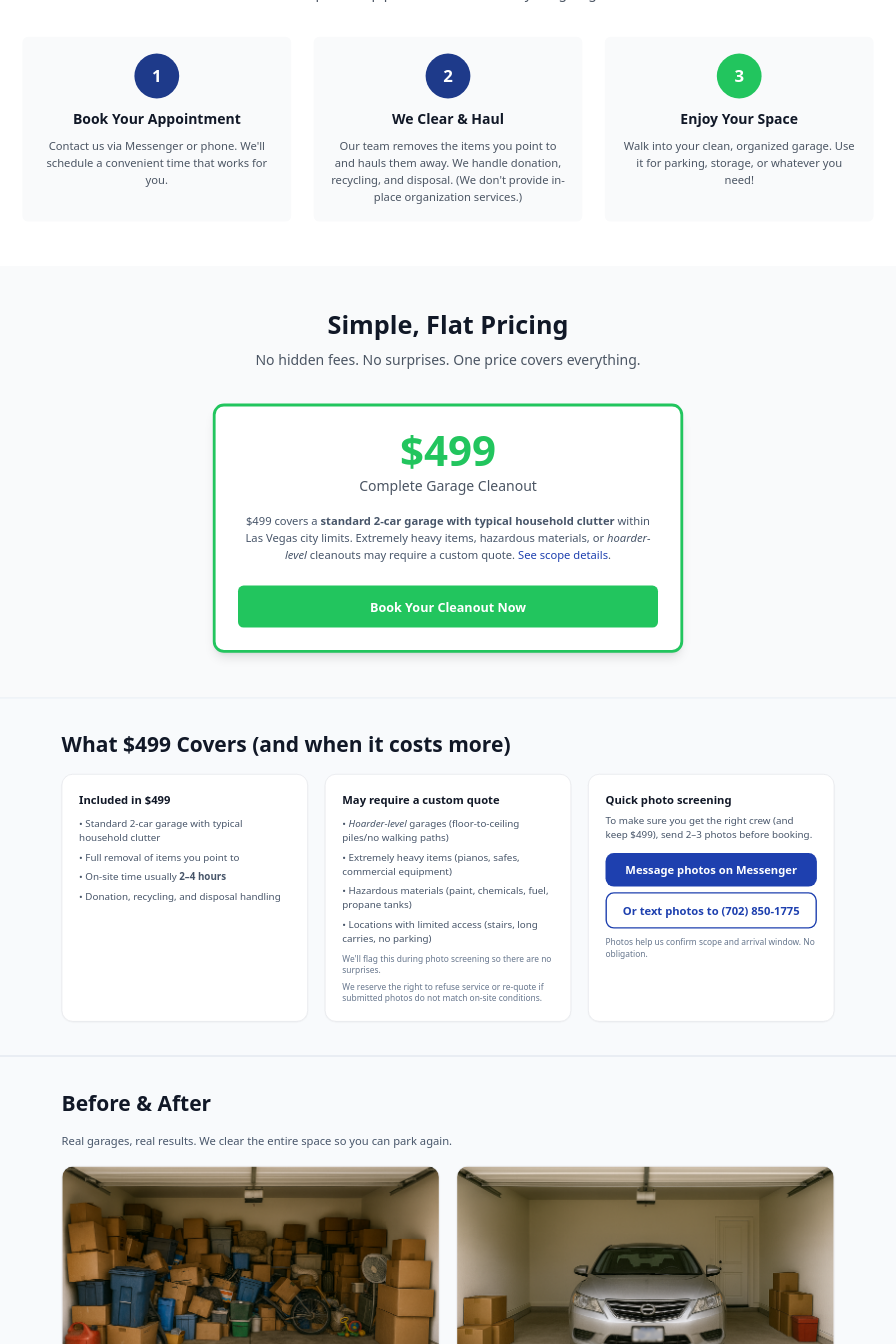
Repository: nikwhite1169/garagegone
Page: index.html
The author's editor kept a copy of each file at every save. The page is drawn from the files as they stood at one save, then again after the next save.
The browser window is 1280 px wide. The pictures show the part of the page from y = 832 to 2752 px (the page is 5364 px tall before and 5340 px after), at 70% of full size.
Some web libraries are served in a nearby version.

Above is the page before, as saved 2025-09-16 00:17:39.

After the next save:
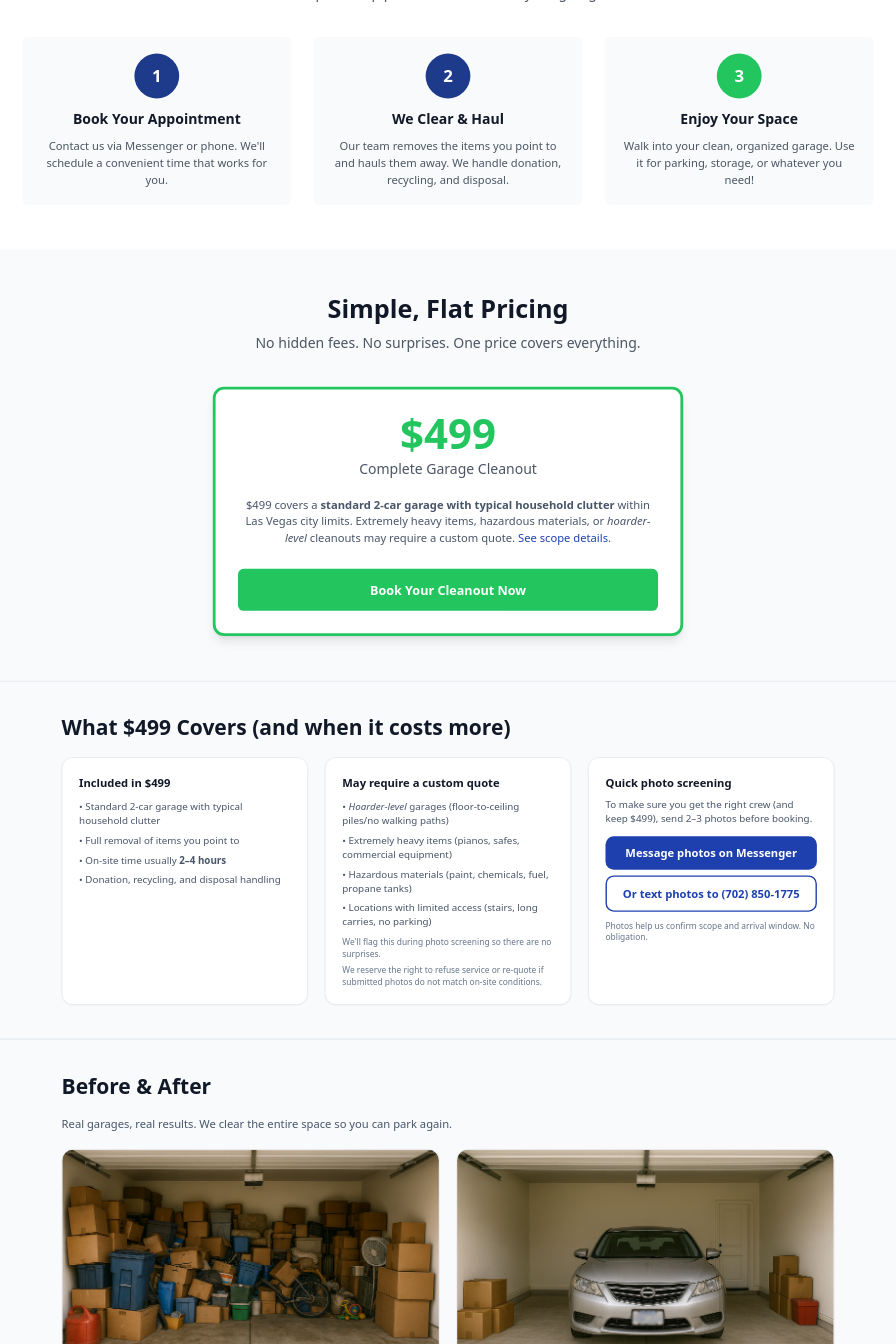
Saved 3 s later.
--- a/index.html
+++ b/index.html
@@ -200,7 +200,7 @@
                 <div class="text-center p-6 rounded-lg bg-gray-50">
                     <div class="w-16 h-16 bg-brand-blue text-white rounded-full flex items-center justify-center text-2xl font-bold mx-auto mb-4">2</div>
                     <h4 class="text-xl font-bold mb-3">We Clear & Haul</h4>
-                    <p class="text-gray-600">Our team removes the items you point to and hauls them away. We handle donation, recycling, and disposal. (We don't provide in-place organization services.)</p>
+                    <p class="text-gray-600">Our team removes the items you point to and hauls them away. We handle donation, recycling, and disposal.</p>
                 </div>
 
                 <div class="text-center p-6 rounded-lg bg-gray-50">
